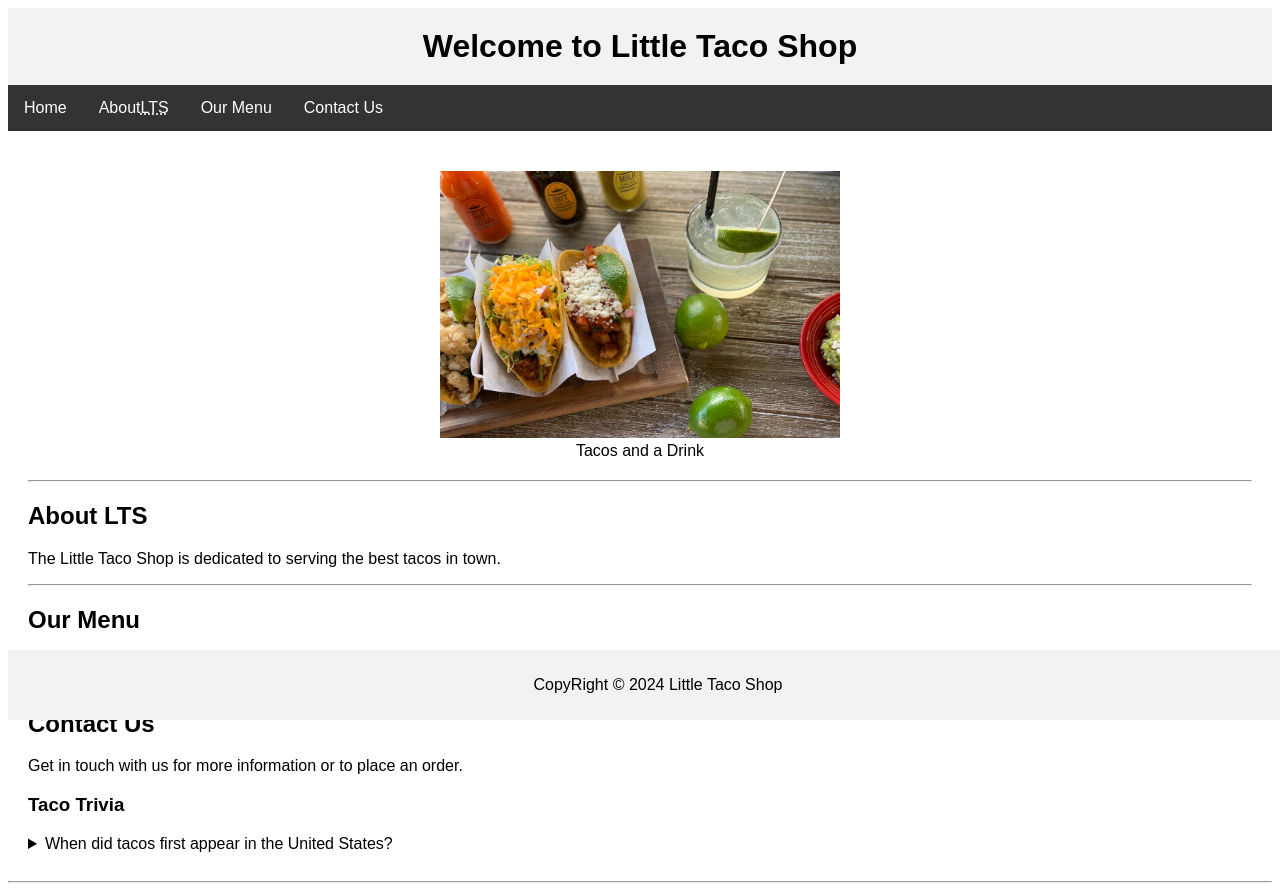
Repository: cavidk/taco_shop-web
Page: html basics/index.html
The author's editor kept a copy of each file at every save. The page is drawn from the files as they stood at one save, then again after the next save.
The browser window is 1280 px wide. The pictures show the whole page.

Above is the page before, as saved 2024-06-11 10:06:21.

After the next save:
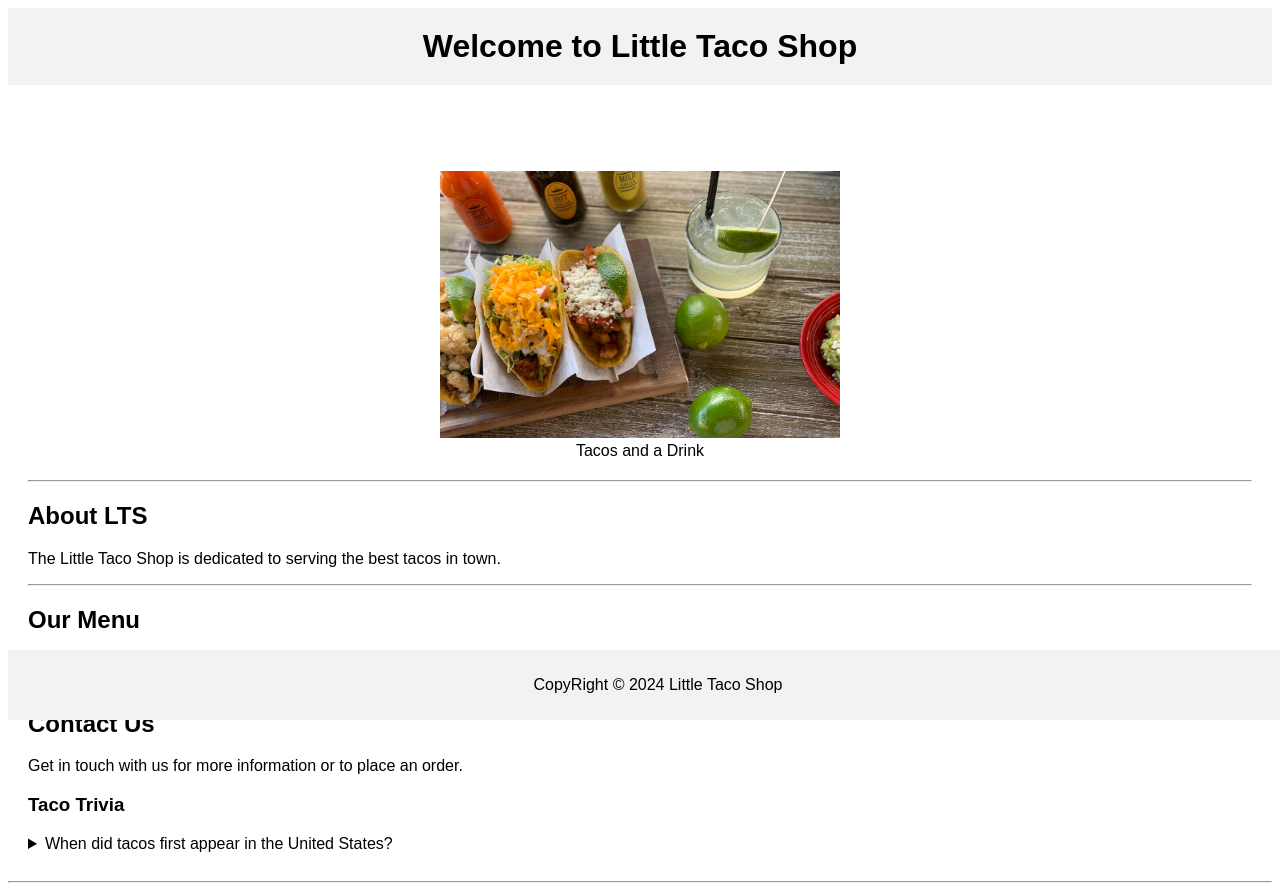
Saved 24 s later.
--- a/html basics/css/style.css
+++ b/html basics/css/style.css
@@ -3,7 +3,6 @@ body {
 }
 
 nav {
-   background-color: #333;
    overflow: hidden;
 }
 
